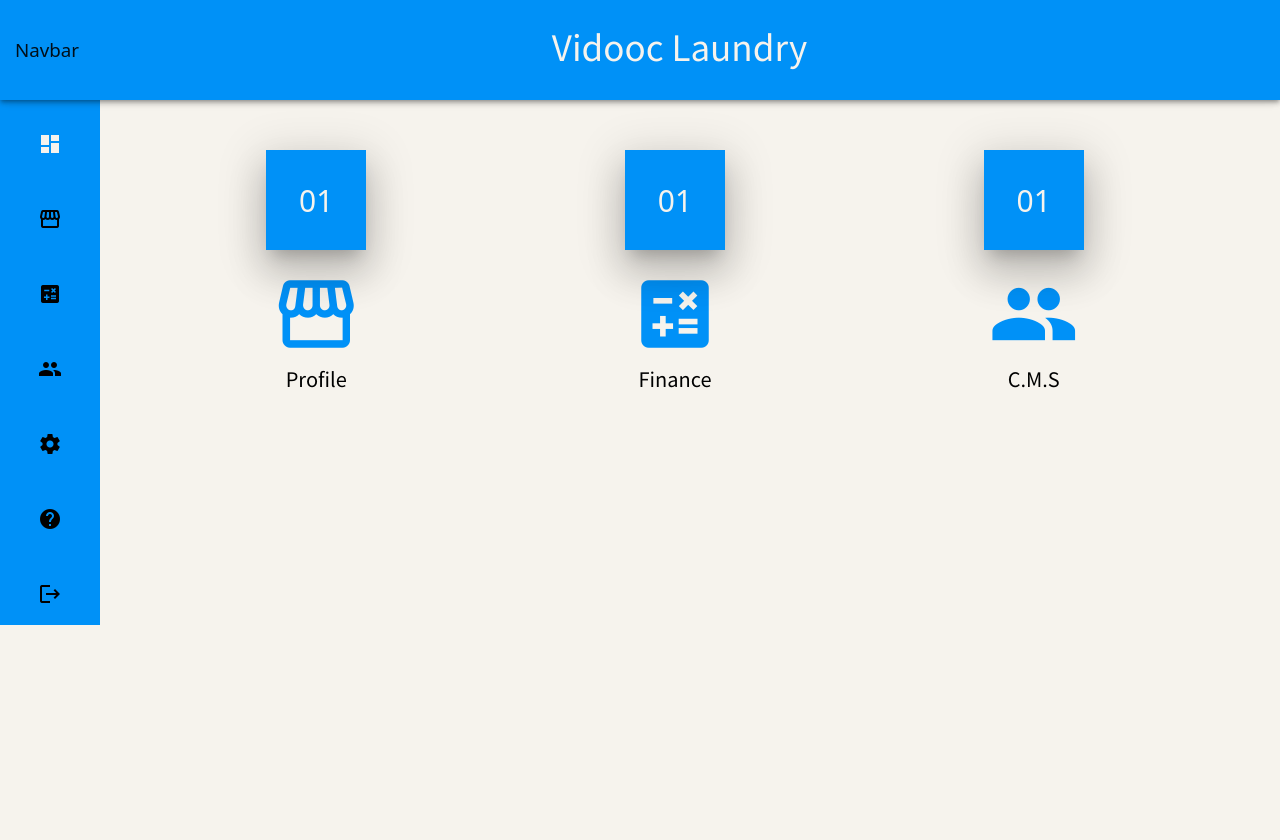
Repository: latenightsnacc/AllinOne
Page: Design/dashboard.html
The author's editor kept a copy of each file at every save. The page is drawn from the files as they stood at one save, then again after the next save.
The browser window is 1280 px wide. The pictures show the whole page.
The style sheet was rebuilt from its Sass, Less or Tailwind sources for each picture, by a compiler version that may differ from the author's.

Above is the page before, as saved 2020-09-17 09:29:59.

After the next save:
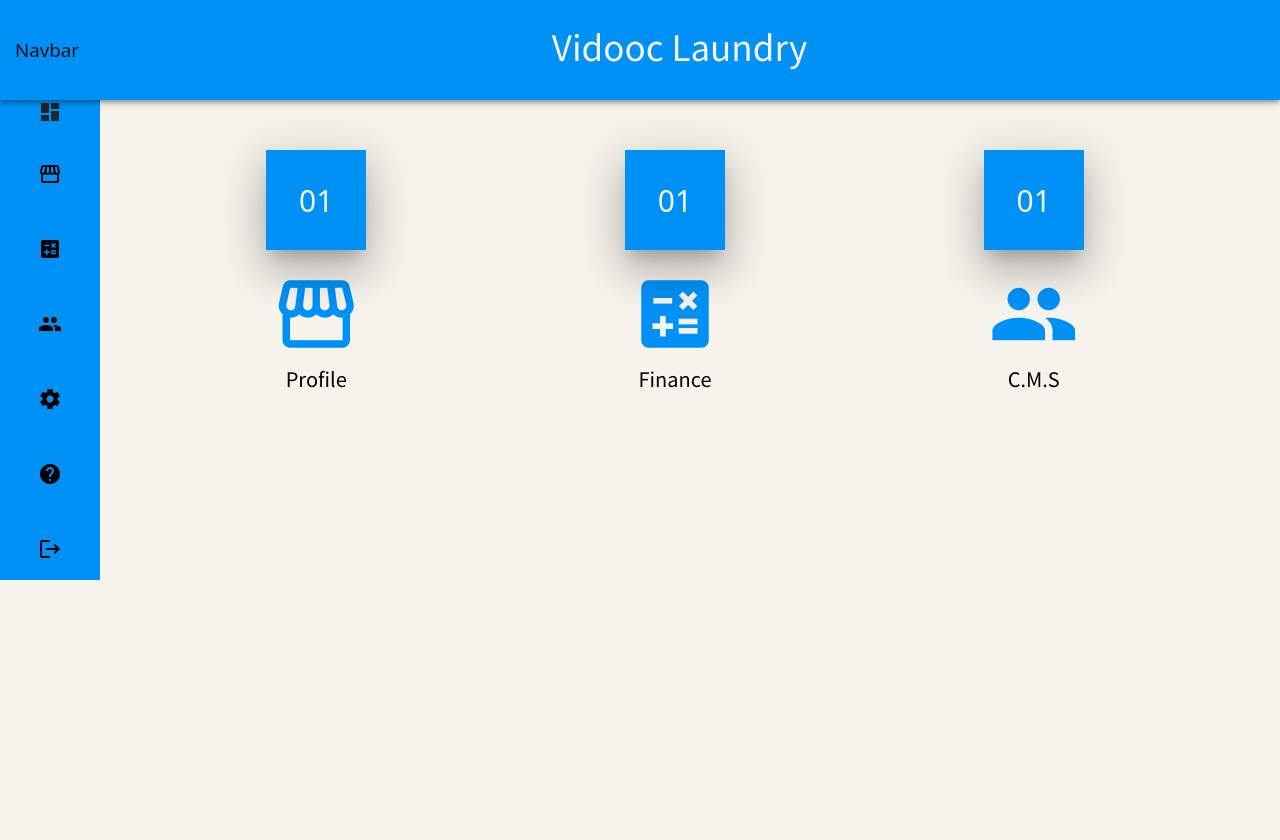
Saved 3 min 29 s later.
--- a/Design/dashboard.html
+++ b/Design/dashboard.html
@@ -26,12 +26,12 @@
     <!--Sidebar-->
     <div class="side-bar">
         <ul>
-          <li>
-            <a href="dashboard.html" class="sidebar-icon active">
+            <a href="dashboard.html" class="sidebar-icon active"></a>
+                <li>
                 <i class=" material-icons">dashboard</i>
+                </li>
+
             </a>
-
-          </li>
           <li>
             <a href="profile.html" class="sidebar-icon">
                 <i class=" material-icons">storefront</i>

After the save that followed:
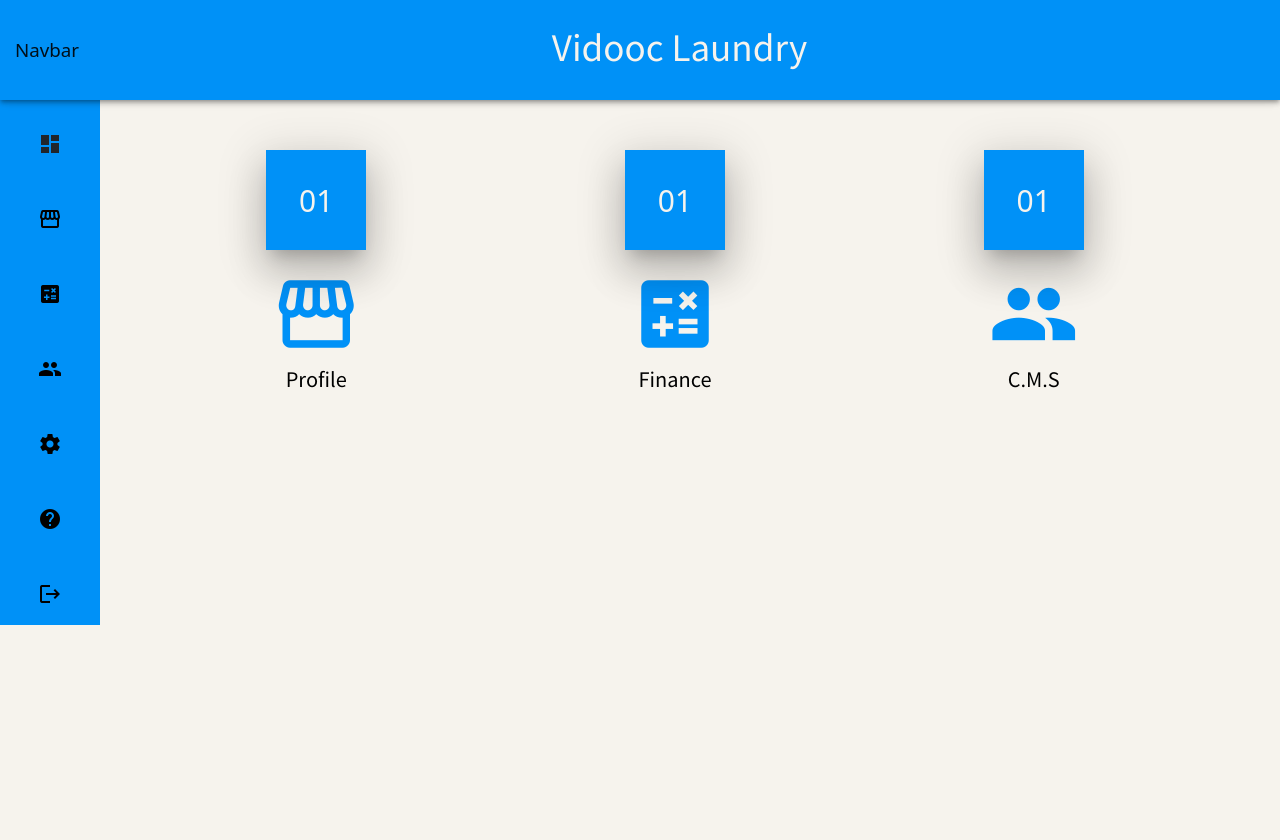
Saved 118 s later.
--- a/Design/dashboard.html
+++ b/Design/dashboard.html
@@ -26,12 +26,12 @@
     <!--Sidebar-->
     <div class="side-bar">
         <ul>
+          <li>
             <a href="dashboard.html" class="sidebar-icon active"></a>
-                <li>
                 <i class=" material-icons">dashboard</i>
-                </li>
+            </a>
 
-            </a>
+          </li>
           <li>
             <a href="profile.html" class="sidebar-icon">
                 <i class=" material-icons">storefront</i>
